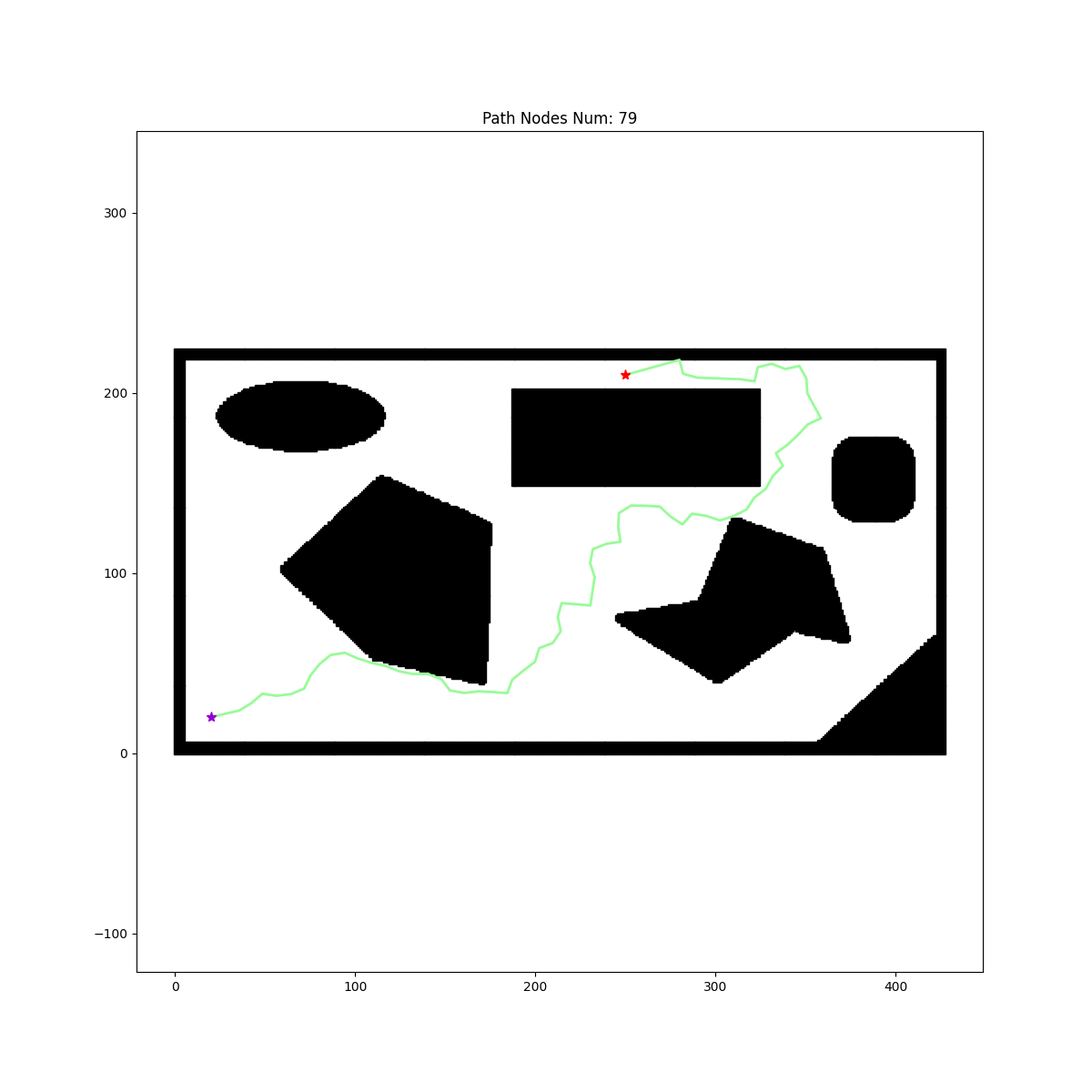
Repository: BaoL067/Pnc-Learning
Script's output: python sampling_based_planner/rrt_star.py
The author's editor kept a copy of each file at every save. The script's output is drawn from the files as they stood at one save, then again after a run of saves.
The pictures are shown at 91% of full size.
Random numbers start from a fixed seed. It also reads sampling_based_planner/maps/map3.png.

Above is the script's output before, as saved 2024-10-06 17:16:03.

After the next 2 saves:
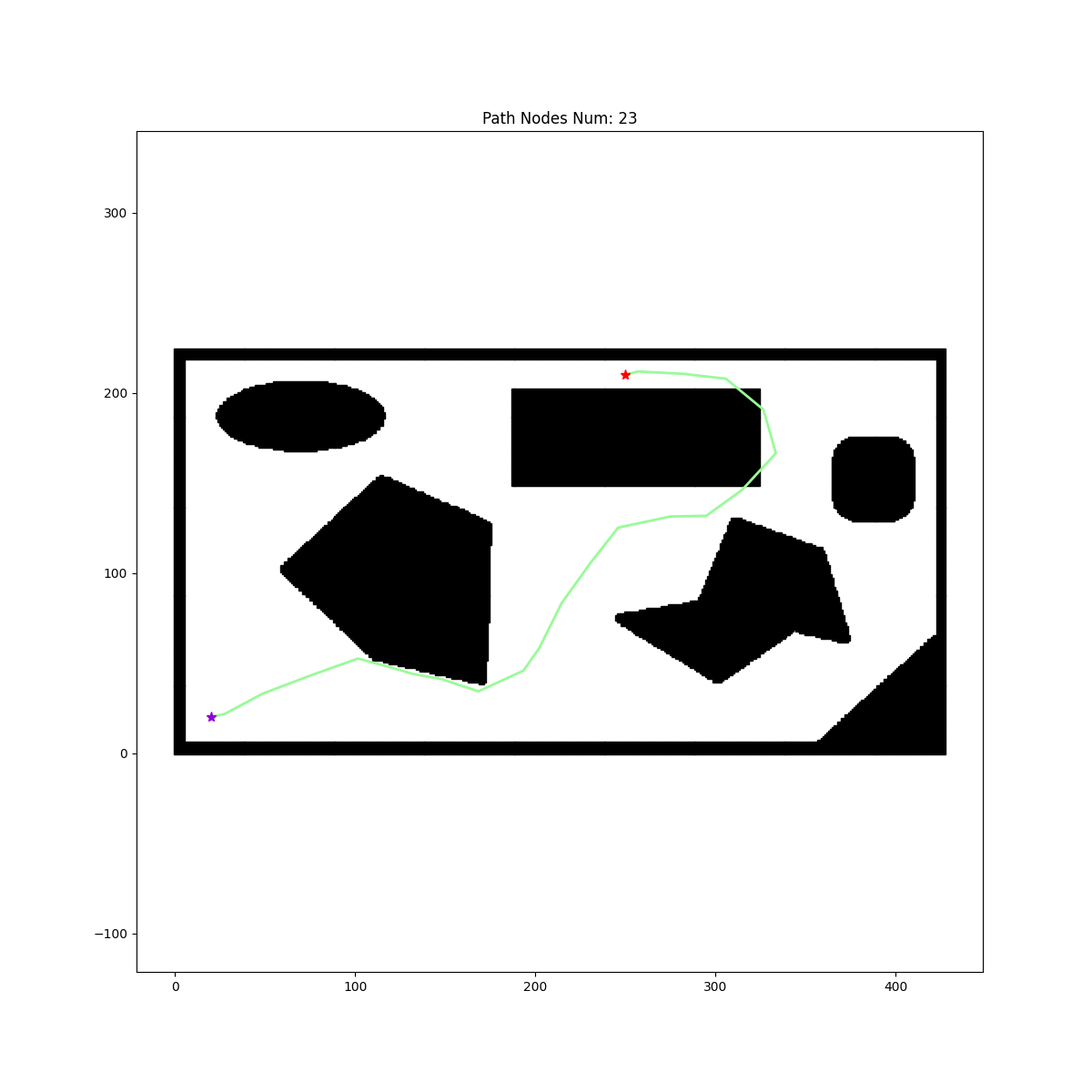
The 2 saves are shown as one change because they came seconds apart.
The last was saved 12 s later.
--- a/sampling_based_planner/rrt_star.py
+++ b/sampling_based_planner/rrt_star.py
@@ -89,6 +89,7 @@ class RRTStar:
                 # TODO: 4. find nodes near the new_node, and choose the parent which maintains a minimum-cost from the start node
                 near_nodes = [node for node in self.node_list if math.hypot(node.x - new_node.x, node.y - new_node.y) <= self.near_nodes_dist_threshold]
                 optimal_node = min(near_nodes, key=lambda node: node.cost + math.hypot(node.x - new_node.x, node.y - new_node.y))
+                self.rewire(new_node, optimal_node)
                 # while near_nodes:
                 #     optimal_node = min(near_nodes, key=lambda node: node.cost + math.hypot(node.x - new_node.x, node.y - new_node.y))
                 #     near_nodes.remove(optimal_node)
